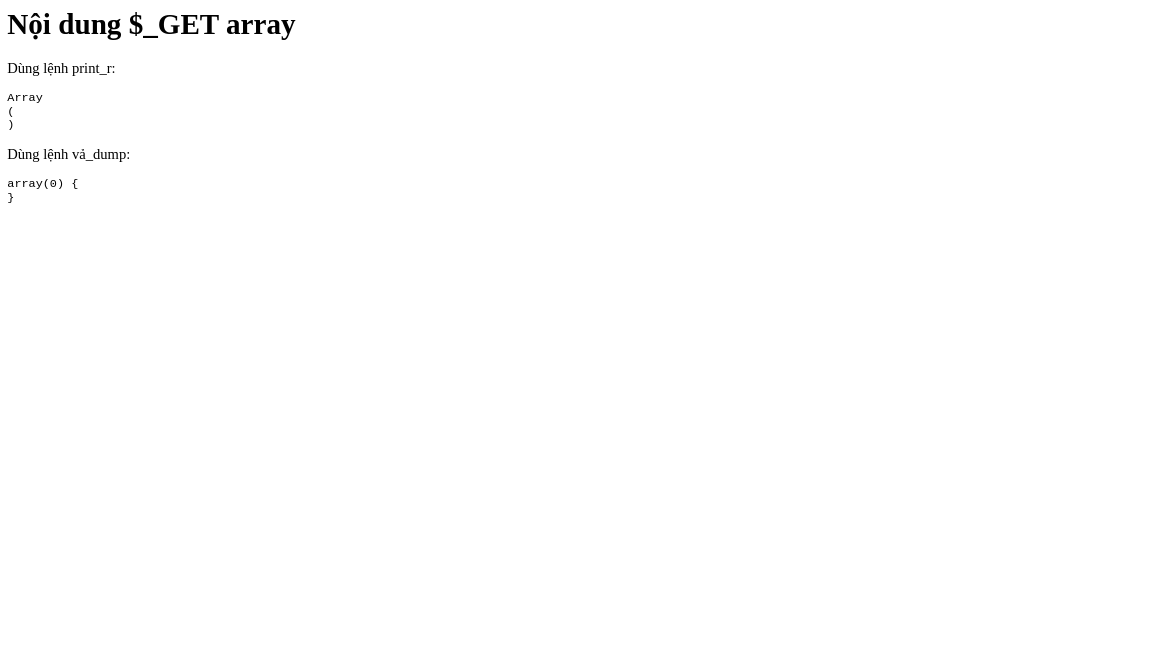
Repository: HuynhDuc23/PHPstudyonclass
Page: http://localhost/phpmailer/PHP_study/get.php
These files come from the project's save history. The page is drawn as it stood at one moment and after the next save; the edit follows.
The browser window is 1280 px wide. The pictures show the whole page, at 91% of full size.
The page is run by PHP 8.4 with error messages shown; the project is at /var/www/html/.

Above is the page before, as saved 2023-04-18 10:47:56.

After the next save:
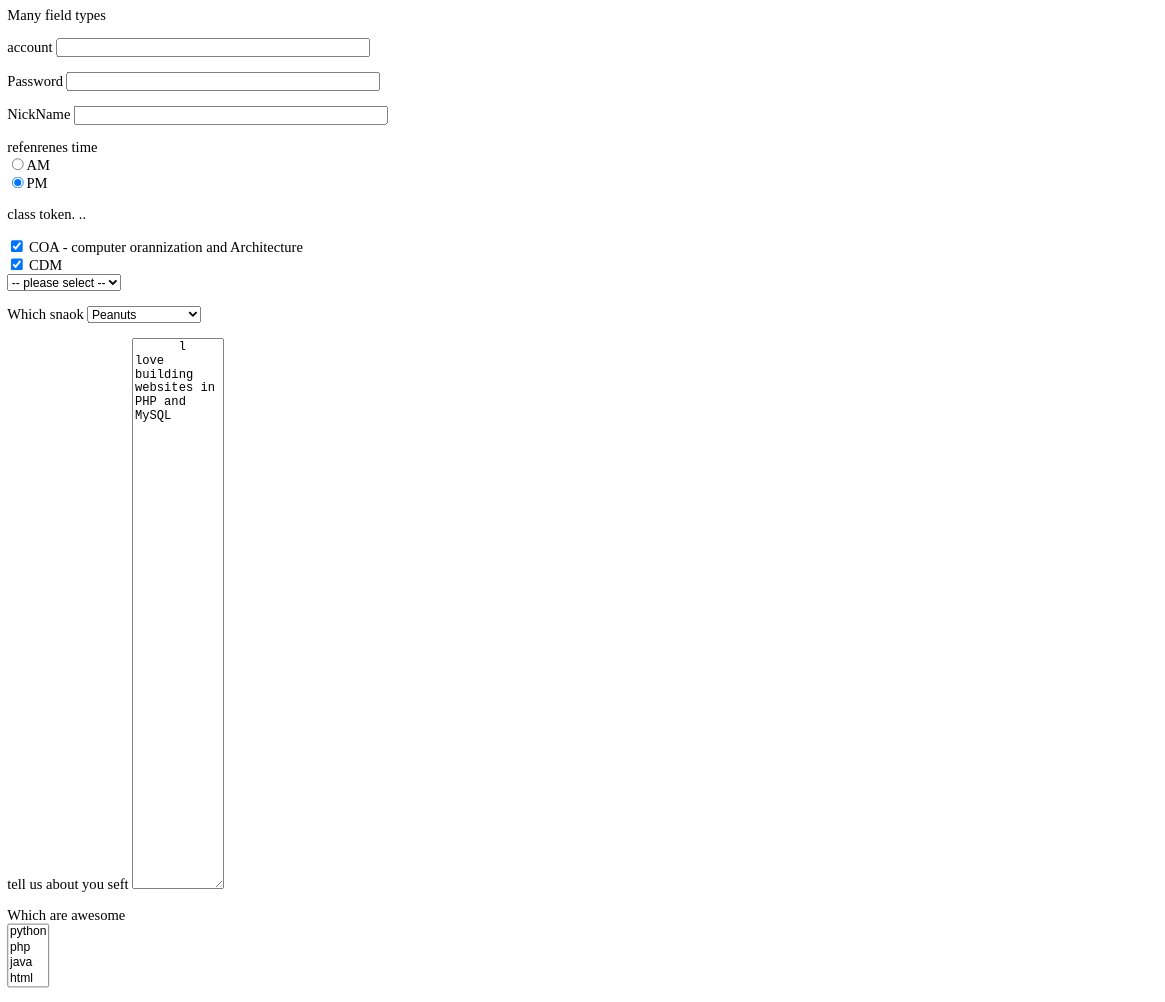
Saved 20 days later.
--- a/PHP_study/get.php
+++ b/PHP_study/get.php
@@ -1,13 +1,61 @@
-<h1>Nội dung $_GET array</h1>
-<p>Dùng lệnh print_r:</p>
-<pre>
-<?php
-  print_r($_GET);
-?>
-</pre>
-<p>Dùng lệnh vả_dump:</p>
-<pre>
-<?php
-  var_dump($_GET);
-?>
-</pre>
+<p>Many field types</p>
+<form  method="post" action="more.php"></form>
+<p>
+  <label for="inp01">account</label>
+  <input type="text" name="account" id="inp01" size="40">
+</p>
+<p>
+  <label for="inp02">Password</label>
+  <input type="password" name="pw" id="inp02" size="40">
+</p>
+<p>
+  <label for="inp03">NickName</label>
+  <input type="text" name="nick" id="inp03" size="40">
+</p>
+<p>
+  refenrenes time <br>
+  <input type="radio" name="when" value="am">AM <br>
+  <input type="radio" name="when" value="am" checked>PM <br>
+
+</p>
+<p>class token. ..</p>
+<input type="checkbox" name="class1" value="si052" checked>
+COA - computer orannization and Architecture <br>
+<input type="checkbox" name="class2" value="si902" checked>
+CDM <br>
+<select name="soda" id="input06">
+  <option value="0">-- please select --</option>
+  <option value="1">Coke</option>
+  <option value="2">Pepsi</option>
+  <option value="3">Coca</option>
+  <option value="4">Sua</option>
+</select>
+<p>
+  <label for="inp07">Which snaok
+    <select name="snaok" id="inp07">
+      <option value="">-- please select --</option>
+      <option value="chips">chip</option>
+      <option value="peanuts" selected>Peanuts</option>
+      <option value="cookie">Cookie</option>
+    </select>
+  </label>
+</p>
+<p>
+  <label for="inp08">
+    tell us about you seft
+    <textarea name="about" id="inp08" cols="10" rows="40">
+      l love building websites in PHP and MySQL
+    </textarea>
+  </label>
+</p>
+<p>
+  <label for="inp08">Which are awesome <br>
+  <select multiple = "multiple" name="code[]" id="inp09">
+  <option value="python">python</option>
+  <option value="php">php</option>
+  <option value="java">java</option>
+  <option value="html">html</option>
+  </select>
+
+</label>
+</p>
